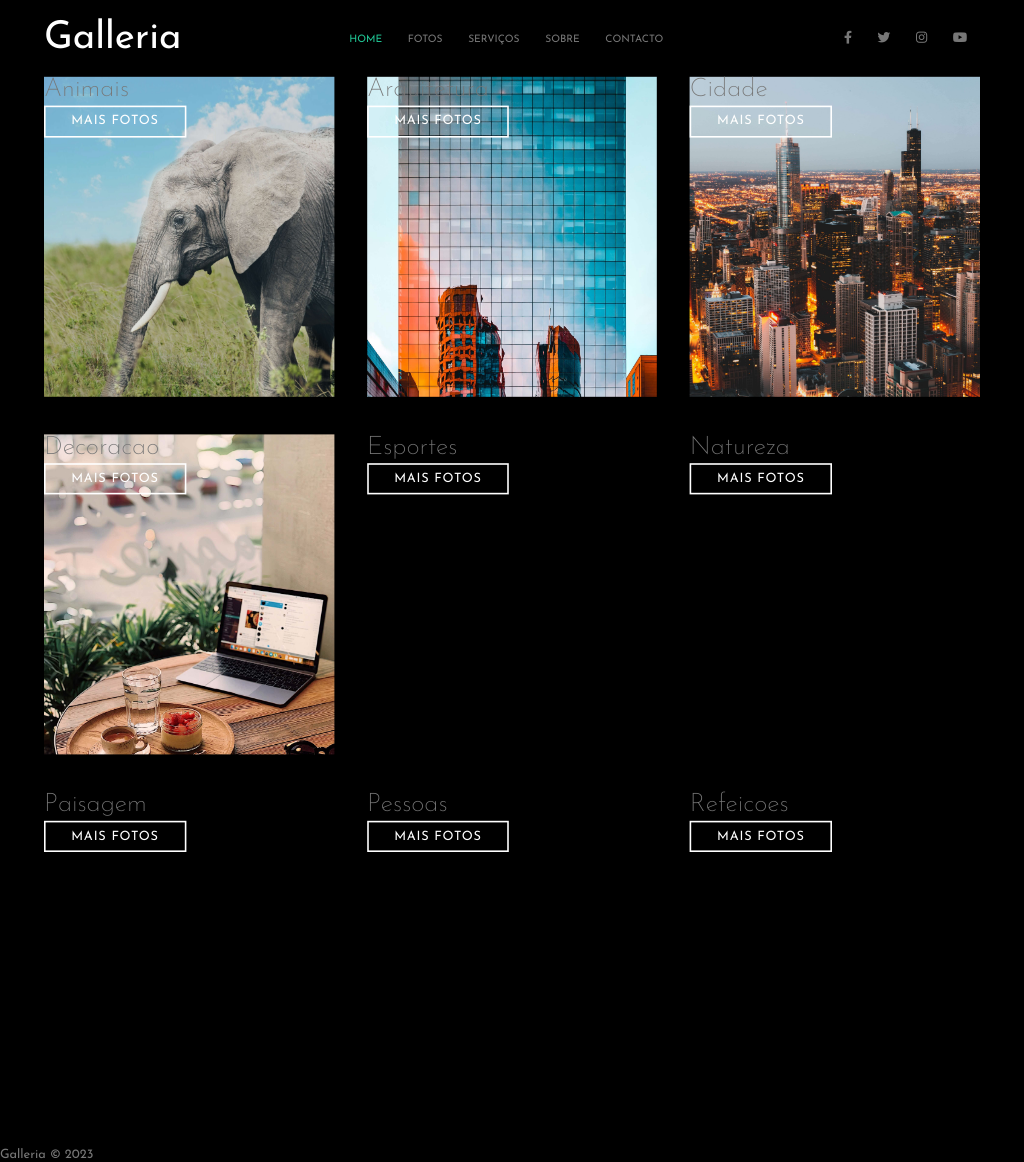
Repository: AghastyGD/gallery-sass
Page: index.html
An editor plug-in stored every save of this project. The page is shown before and after the next save, followed by the edit.
The browser window is 1280 px wide. The pictures show the whole page, at 80% of full size.
The style sheet was rebuilt from its Sass, Less or Tailwind sources for each picture, by a compiler version that may differ from the author's.

Above is the page before, as saved 2023-10-13 18:36:10.

### index.html
<!DOCTYPE html>
<html lang="en">
<head>
    <meta charset="UTF-8">
    <meta http-equiv="X-UA-Compatible" content="IE=edge">
    <meta name="viewport" content="width=device-width, initial-scale=1.0">

    <title>Galleria</title>
    <link rel="stylesheet" href="css/styles.css">
    <link rel="preconnect" href="https://fonts.googleapis.com">
    <link rel="preconnect" href="https://fonts.gstatic.com" crossorigin>
    <link href="https://fonts.googleapis.com/css2?family=Josefin+Sans:ital,wght@0,200;0,400;0,500;0,600;1,100;1,200;1,300;1,400;1,500;1,600;1,700&display=swap" rel="stylesheet">
    <link rel="stylesheet" href="https://cdnjs.cloudflare.com/ajax/libs/font-awesome/6.4.2/css/all.min.css" integrity="sha512-z3gLpd7yknf1YoNbCzqRKc4qyor8gaKU1qmn+CShxbuBusANI9QpRohGBreCFkKxLhei6S9CQXFEbbKuqLg0DA==" crossorigin="anonymous" referrerpolicy="no-referrer" />
</head>
<body>
    <header class="header">
        <a href="" class="header-brand">Galleria</a>
        <nav class="header-navbar">
            <ul>
                <li>
                    <a href="#" class="active">Home</a>
                </li>
                <li>
                    <a href="#">Fotos</a>
                </li>
                <li>
                    <a href="#">Serviços</a>
                </li>
                <li>
                    <a href="#">Sobre</a>
                </li>
                <li>
                    <a href="#">Contacto</a>
                </li>
            </ul>
        </nav>
        <div class="header-social-media">
            <ul>
                <li>
                    <a href="#">
                        <i class="fab fa-facebook-f"></i>
                    </a>
                </li>
                <li>
                    <a href="#">
                        <i class="fab fa-twitter"></i>
                    </a>
                </li>
                <li>
                    <a href="#">
                        <i class="fab fa-instagram"></i>
                    </a>
                </li>
                <li>
                    <a href="#">
                        <i class="fab fa-youtube"></i>
                    </a>
                </li>
            </ul>
        </div>
    </header>
    <main>
        <div class="gallery">
            <div class="gallery-card" id="card-1">
                <h2 class="gallery-card-title">Animais</h2>
                <a href="" class="gallery-card-btn">Mais fotos</a>
            </div>
            <div class="gallery-card" id="card-2">
                <h2 class="gallery-card-title">Arquitetura</h2>
                <a href="" class="gallery-card-btn">Mais fotos</a>
            </div>
            <div class="gallery-card" id="card-3">
                <h2 class="gallery-card-title">Cidade</h2>
                <a href="" class="gallery-card-btn">Mais fotos</a>
            </div>
            <div class="gallery-card" id="card-4">
                <h2 class="gallery-card-title">Decoracao</h2>
                <a href="" class="gallery-card-btn">Mais fotos</a>
            </div>
            <div class="gallery-card" id="card-5">
                <h2 class="gallery-card-title">Esportes</h2>
                <a href="" class="gallery-card-btn">Mais fotos</a>
            </div>
            <div class="gallery-card" id="card-6">
                <h2 class="gallery-card-title">Natureza</h2>
                <a href="" class="gallery-card-btn">Mais fotos</a>
            </div>
            <div class="gallery-card" id="card-7">
                <h2 class="gallery-card-title">Paisagem</h2>
                <a href="" class="gallery-card-btn">Mais fotos</a>
            </div>
            <div class="gallery-card" id="card-8">
                <h2 class="gallery-card-title">Pessoas</h2>
                <a href="" class="gallery-card-btn">Mais fotos</a>
            </div>
            <div class="gallery-card" id="card-9">
                <h2 class="gallery-card-title">Refeicoes</h2>
                <a href="" class="gallery-card-btn">Mais fotos</a>
            </div>
        </div>
    </main>
    <footer>
        <p><span>Galleria</span> &copy; 2023</p>
    </footer>

</body>
</html>

### sass/styles.sass
@use 'variables'
@use 'mixins'

*
  font-family: 'Josefin Sans'
  padding: 0
  margin: 0
  box-sizing: border-box

body
  background-color: variables.$bg-color
  color: variables.$text-color

  a
    color: variables.$text-color
    text-decoration: none
    transition: .4s

  ul
    list-style: none

.header
  display: flex
  justify-content: space-between
  @include mixins.container

  &-brand // .header-brand
    color: variables.$primary-color
    font-size: 3rem

  &-navbar // .header-navbar

    ul
      height: 100%
      @include mixins.flex-center

      li
        margin: 0 1rem
        text-transform: uppercase
        font-size: .8rem

        .active
          color: variables.$secondary-color

        a
          &:hover
            color: variables.$secondary-color

  &-social-media

    ul
      @include mixins.flex-center
      height: 100%

      li
        margin: 0 1rem

        a

          &:hover
            color: variables.$primary-color


.gallery
  @include mixins.flex-center
  @include mixins.container
  flex-wrap: wrap
  justify-content: space-between
  padding: 0

  &-card // .gallery-card
    width: 31%
    height: 400px
    margin-bottom: 4%

    &-title
      font-size: 2rem
      font-weight: 300
      margin-bottom: 1rem

    &-btn
      padding: .6rem 2rem
      border: 2px solid variables.$primary-color
      color: variables.$primary-color
      font-weight: 400
      text-transform: uppercase
      letter-spacing: 1px

      &:hover
        background-color: variables.$primary-color
        color: variables.$bg-color

  #card-1
    @include mixins.bg-img('animais.jpg')

  #card-2
    @include mixins.bg-img('arquitetura.jpg')

  #card-3
    @include mixins.bg-img('cidade.jpg')

  #card-4
    @include mixins.bg-img('decoracao.jpg')

### sass/_variables.sass
$primary-color: #FFF
$secondary-color: #20C997
$text-color: #777
$bg-color: #000
$container-width: 1170px

### sass/_mixins.sass
@use 'variables'

@mixin container
    max-width: variables.$container-width
    padding: 1.5rem 0
    margin: 0 auto

@mixin flex-center
    display: flex
    align-items: center
    justify-content: center

@mixin bg-img($img)
    background-image: url('../img/#{$img}')
    background-size: 100%
    background-position: center
    background-repeat: no-repeat

After the next save:
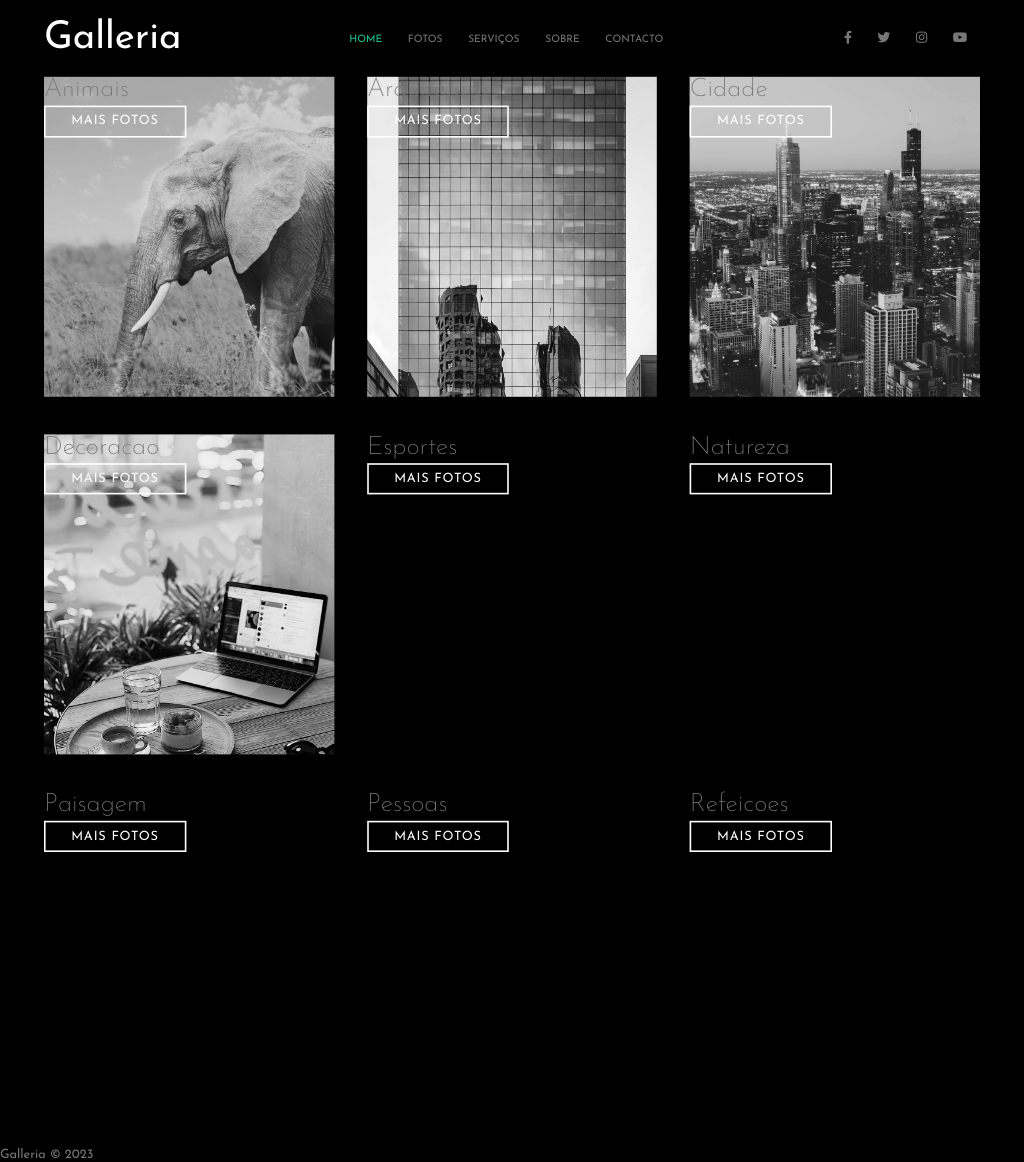
Saved 36 s later.
--- a/sass/_mixins.sass
+++ b/sass/_mixins.sass
@@ -15,3 +15,4 @@
     background-size: 100%
     background-position: center
     background-repeat: no-repeat
+    filter: grayscale(100)
